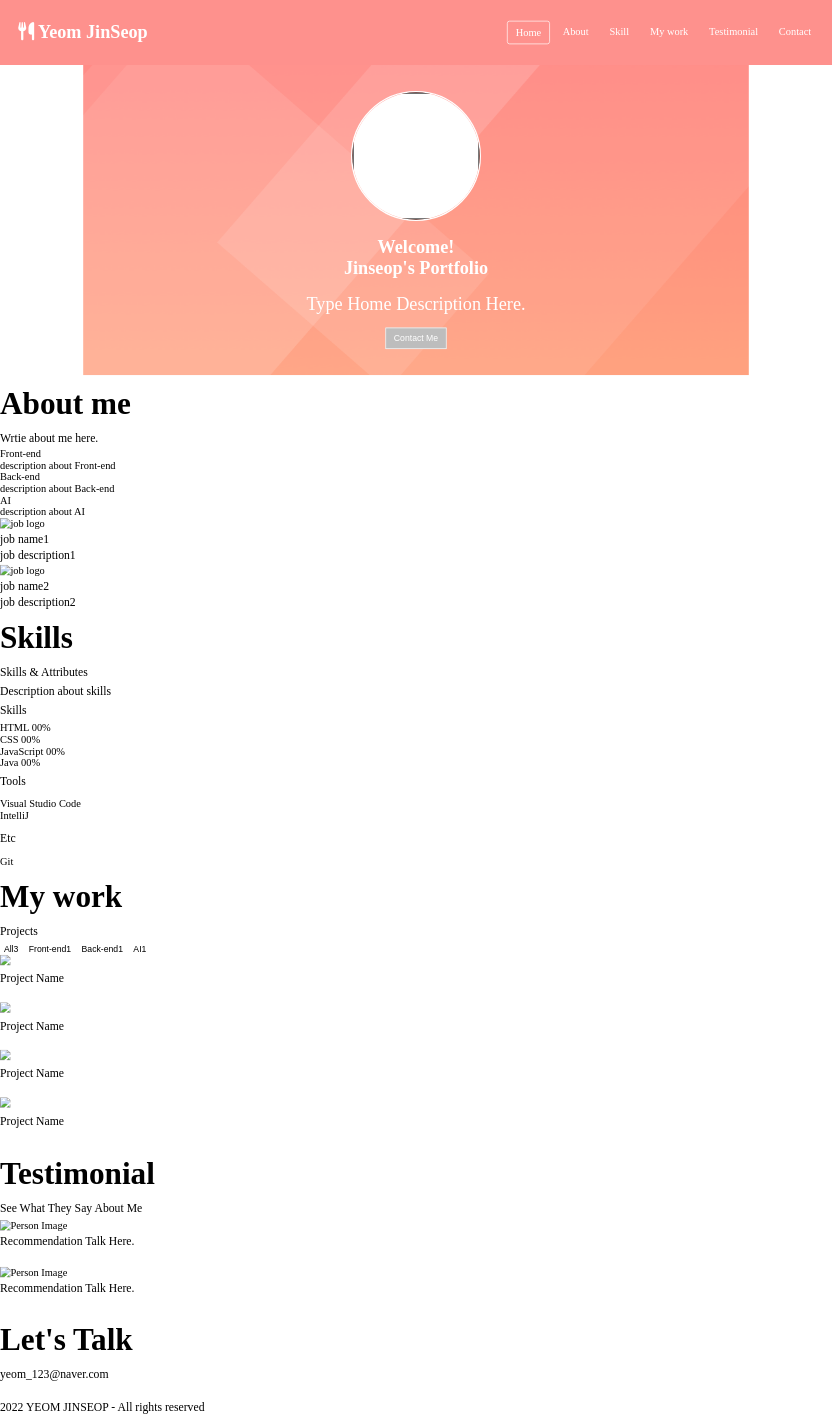
Repository: YEOMJINSEOP/yeomjinseop.github.io
Page: index.html
An editor plug-in stored every save of this project. The page is shown before and after the next save, followed by the edit.
The browser window is 1280 px wide. The pictures show the whole page, at 65% of full size.
The pointer rests on the first visible `.home__button`.
Some web libraries are served in a nearby version.

Above is the page before, as saved 2022-08-14 11:53:25.

After the next save:
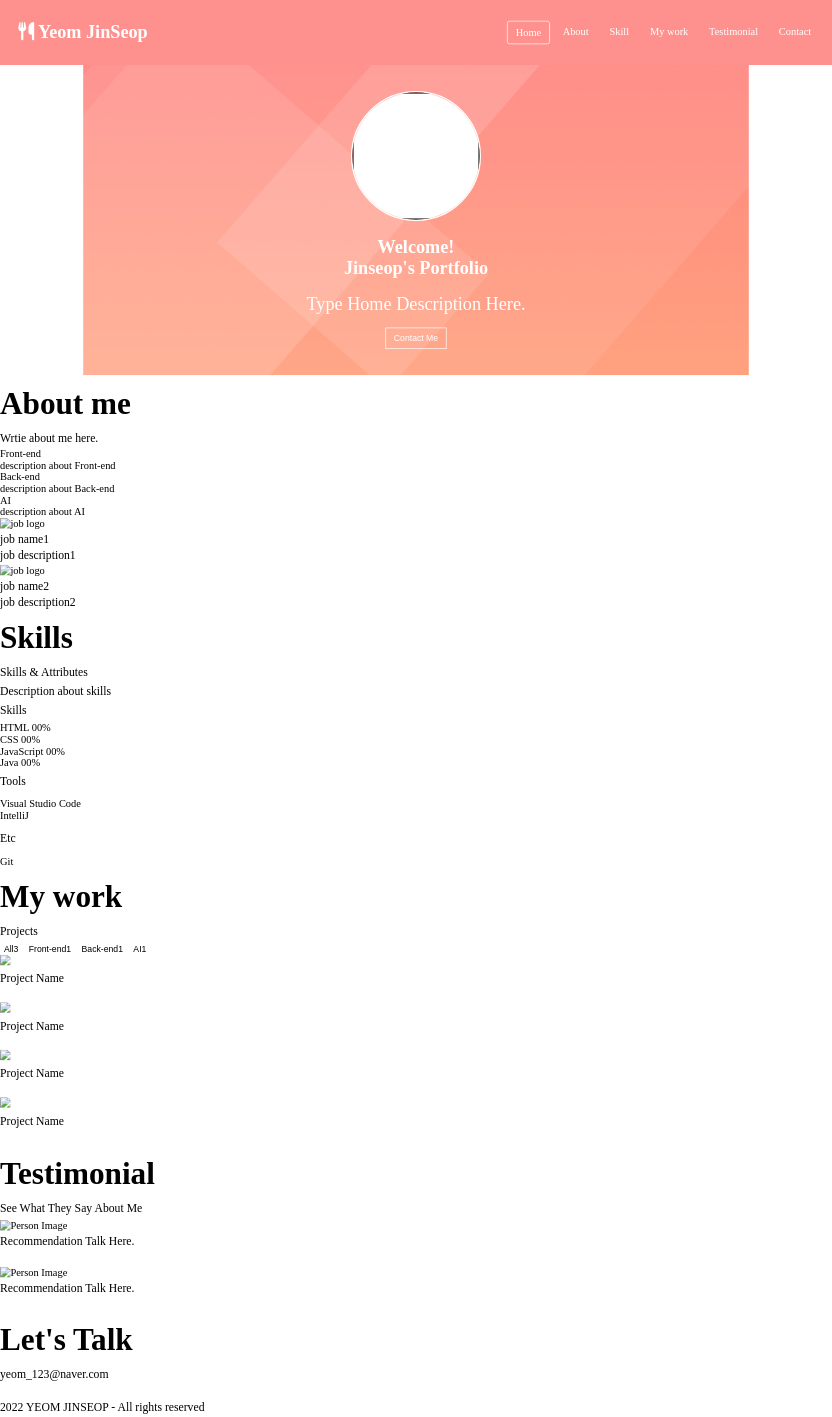
Saved 8 s later.
--- a/style.css
+++ b/style.css
@@ -163,5 +163,5 @@
  }
 
 .home__button:hover{
-  background-color: var(--color-dark-whtie);
+  background-color: var(--color-light-whitewhtie);
 }
